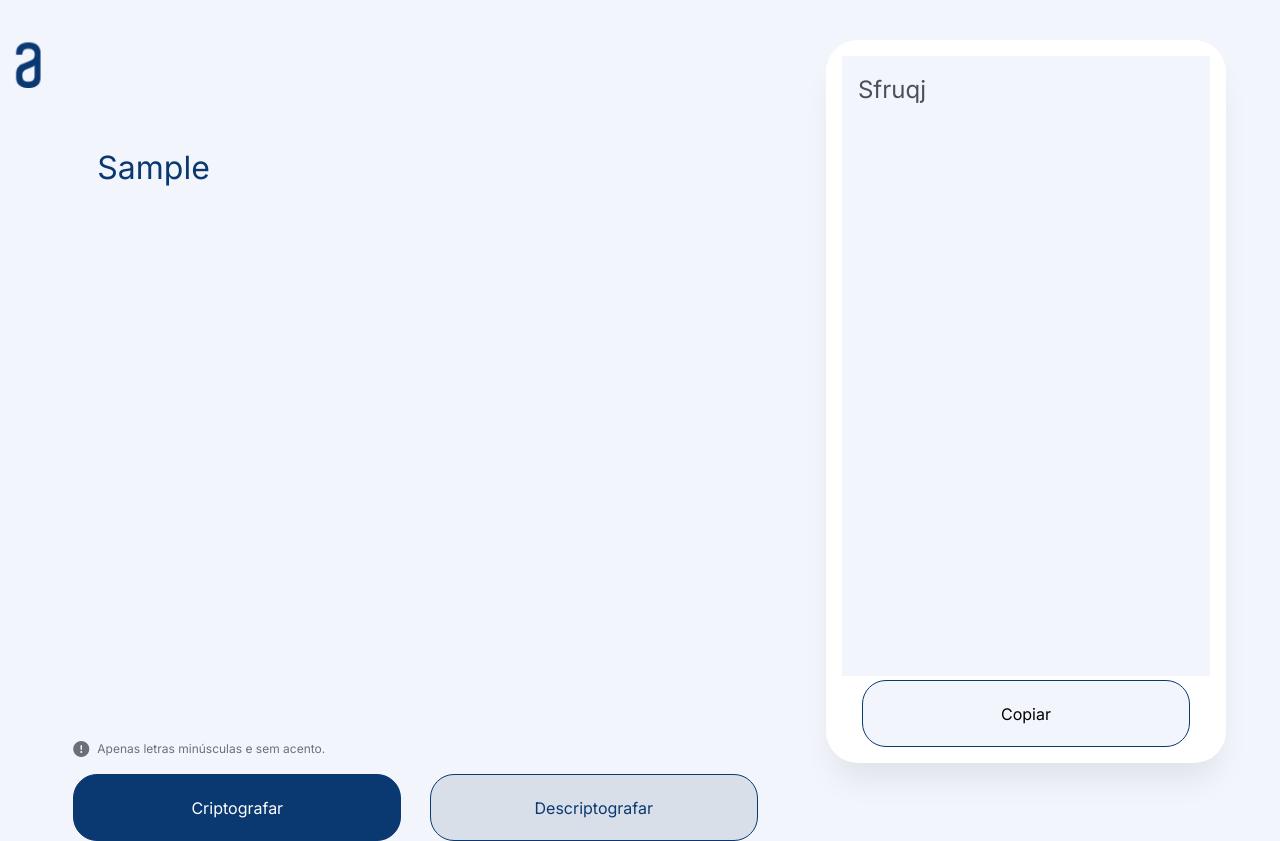
Repository: CarlosEduardoVdeOliveira/descodificador-de-texto
Page: index.html
These files come from the project's save history. The page is drawn as it stood at one moment and after the next save; the edit follows.
The browser window is 1280 px wide. The pictures show the whole page.
Empty fields were first filled with sample values (such as "Sample", 5 or name@example.com).
After loading, the first visible `button.button-cryptography` was clicked once.

Above is the page before, as saved 2023-04-15 09:00:11.

After the next save:
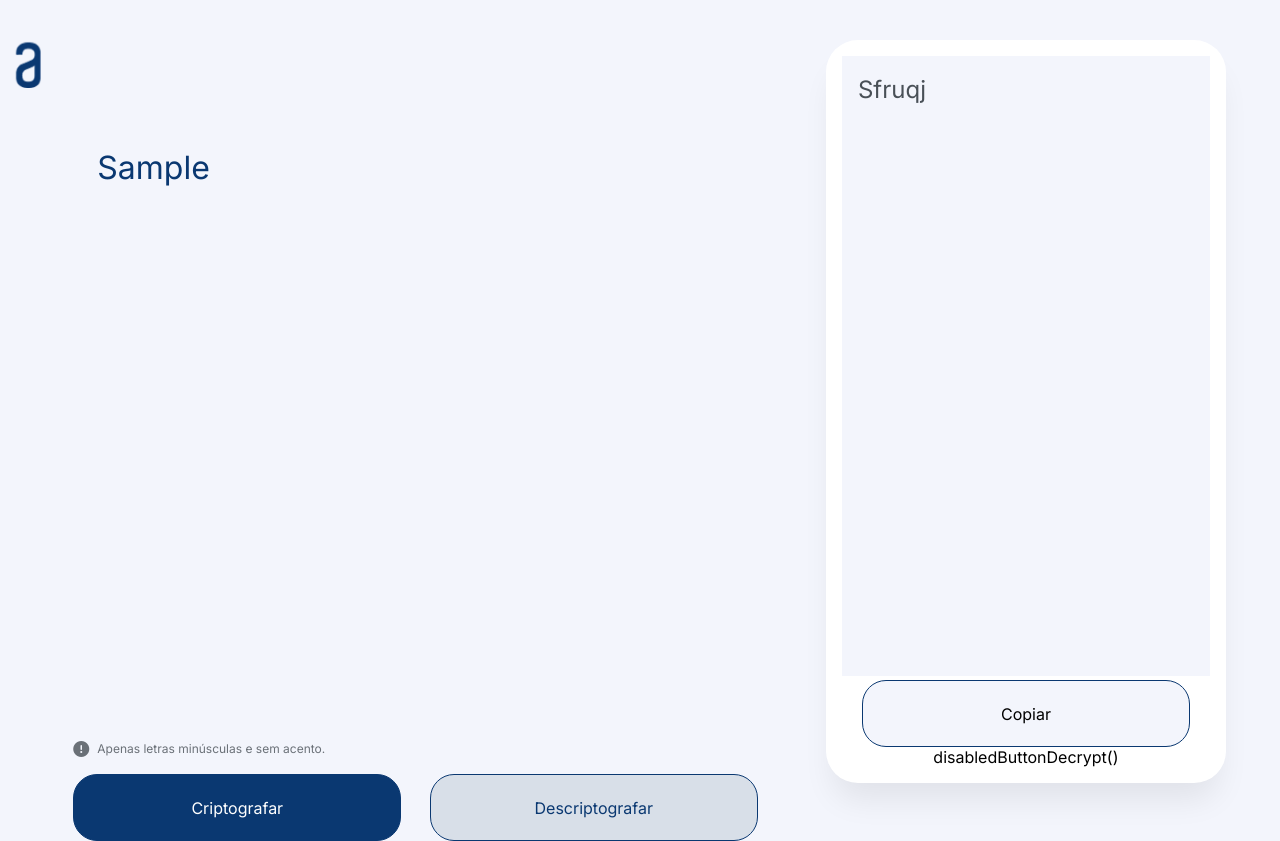
Saved 46 s later.
--- a/src/scripts/index.js
+++ b/src/scripts/index.js
@@ -14,10 +14,10 @@ function encryptText() {
       return areaCryption.innerHTML = `
          <textarea class="textarea-output">${cipherOfCesar(textareaValue)}</textarea>
          <button class="button-copy" id='copy' onclick="copyText()">Copiar</button>
+         disabledButtonDecrypt()
          `;
 
       }
-      disabledButtonDecrypt()
    return alert("Preencha o campo!")
 }
 
